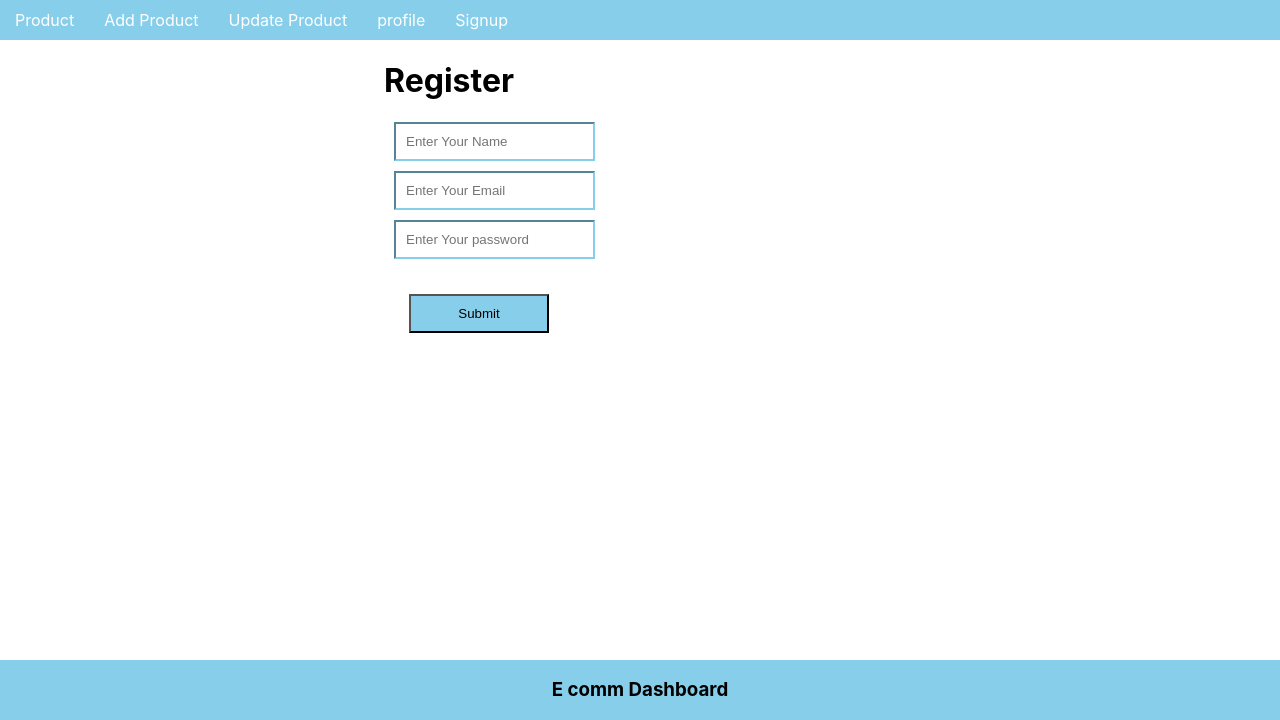
Repository: ShahbazGurmani/react-code-e-dashboard
Page: /add
An editor plug-in stored every save of this project. The page is shown before and after the next save, followed by the edit.
The browser window is 1280 px wide. The pictures show the whole page.
The project was rebuilt for these pictures with package versions that can differ from the ones it lists, and the page was loaded fresh each time. Also part of the build but not shown: src/components/Login.js.

Above is the page before, as saved 2023-08-24 22:41:58.

After the next save:
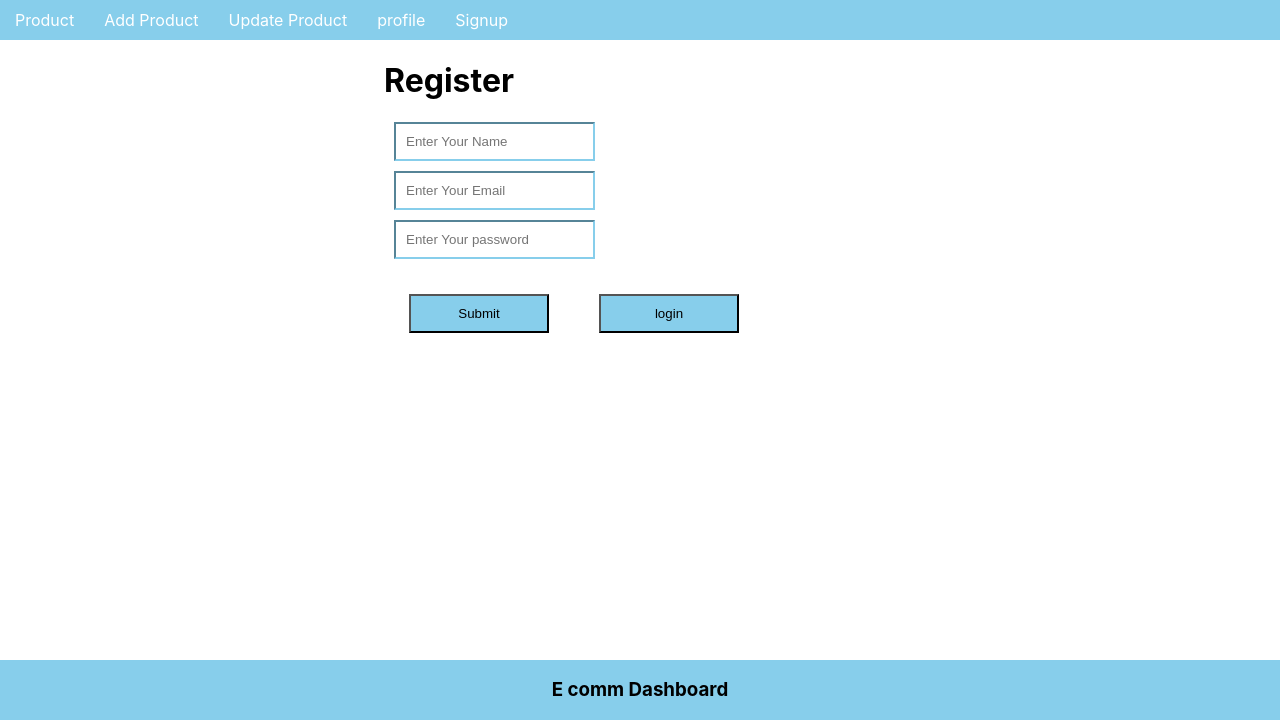
Saved 64 s later.
--- a/src/components/Signup.js
+++ b/src/components/Signup.js
@@ -69,6 +69,9 @@
       <button onClick={collectData} className="button" type="submit">
         Submit
       </button>
+      <button  className="button" type="submit">
+        login
+      </button>
     </div>
   );
 };

After the save that followed:
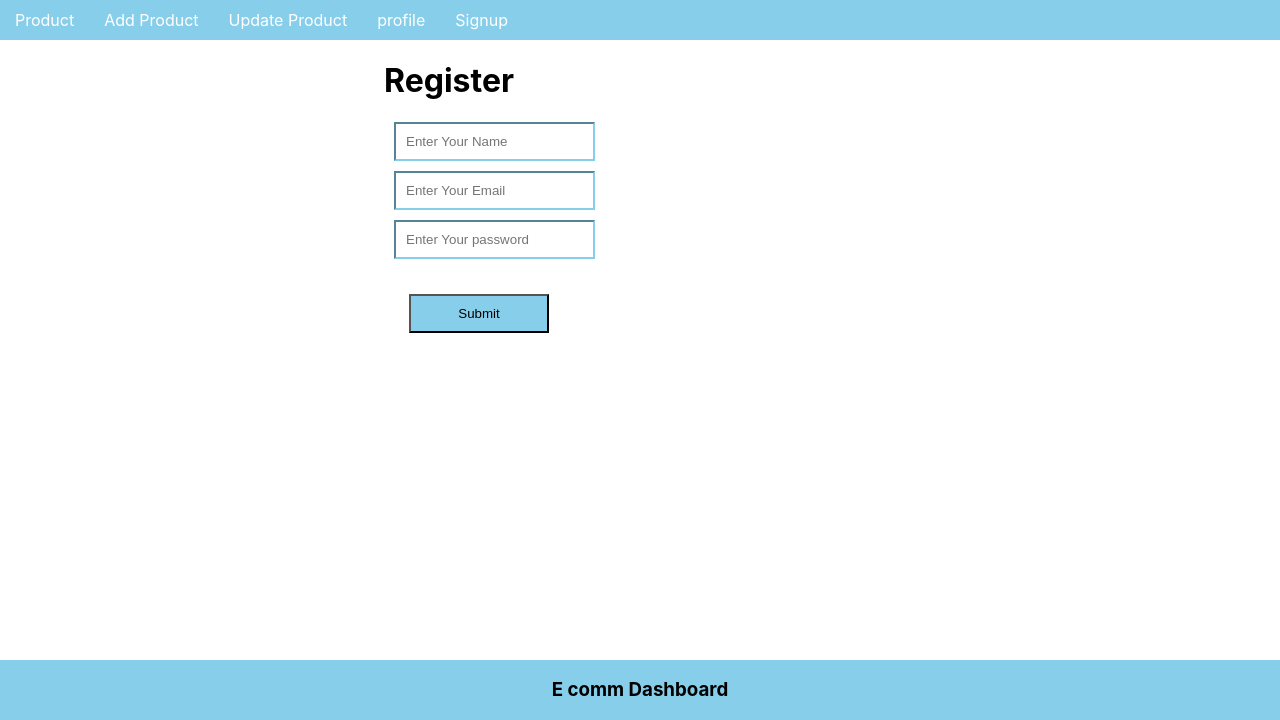
Saved 28 s later.
--- a/src/components/Signup.js
+++ b/src/components/Signup.js
@@ -69,9 +69,9 @@
       <button onClick={collectData} className="button" type="submit">
         Submit
       </button>
-      <button  className="button" type="submit">
+      {/* <button  className="button" type="submit">
         login
-      </button>
+      </button> */}
     </div>
   );
 };
